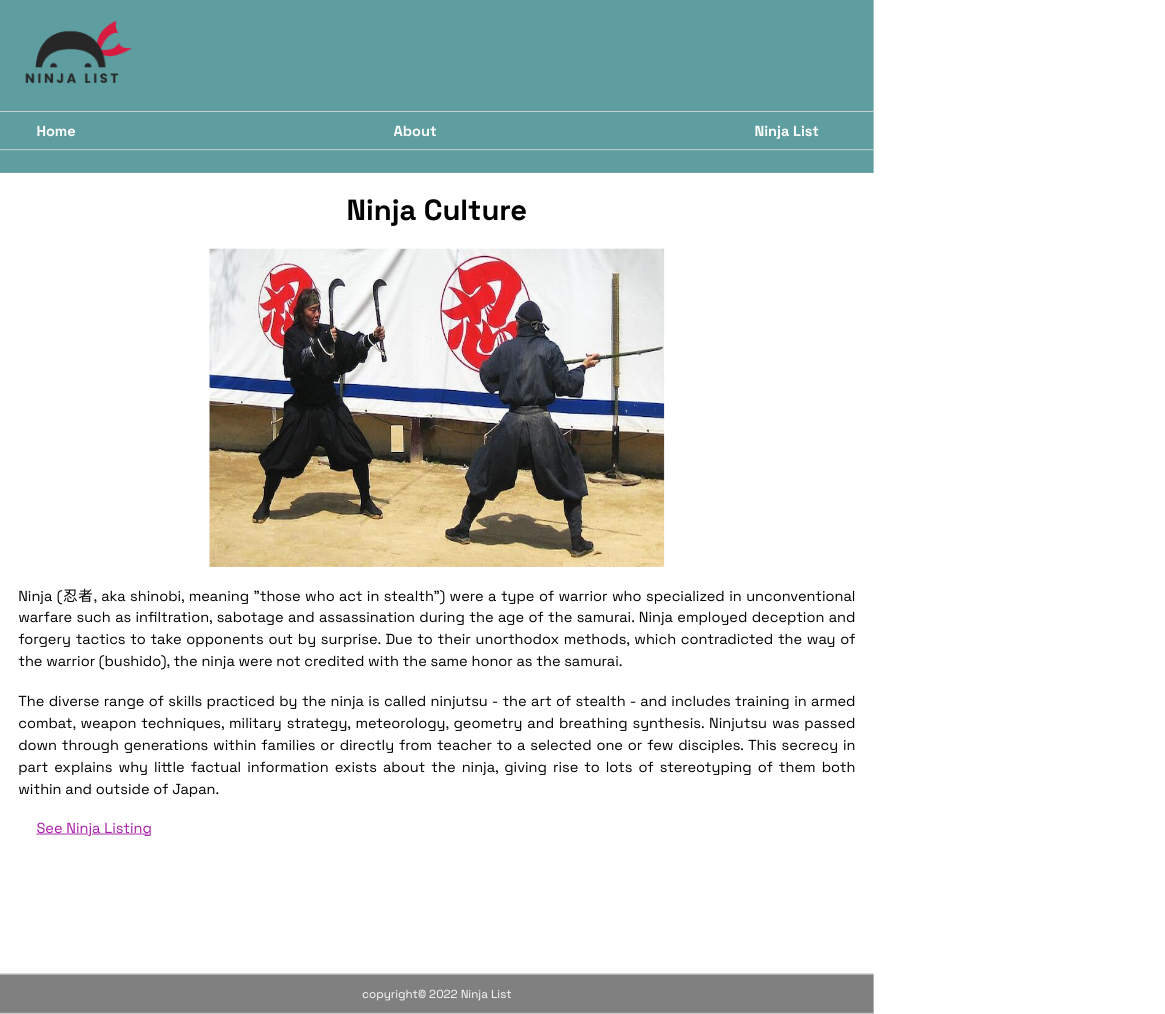
Repository: SaadYasin/ninja-list-next-training
Page: /
The author's editor kept a copy of each file at every save. The page is drawn from the files as they stood at one save, then again after the next save.
The browser window is 1280 px wide. The pictures show the whole page, at 91% of full size.
The project was rebuilt for these pictures with package versions that can differ from the ones it lists, and the page was loaded fresh each time. The framework's server and built-in components were replaced by stand-ins that run in the browser. Also part of the build but not shown: next.config.js.

Above is the page before, as saved 2022-10-15 23:35:00.

After the next save:
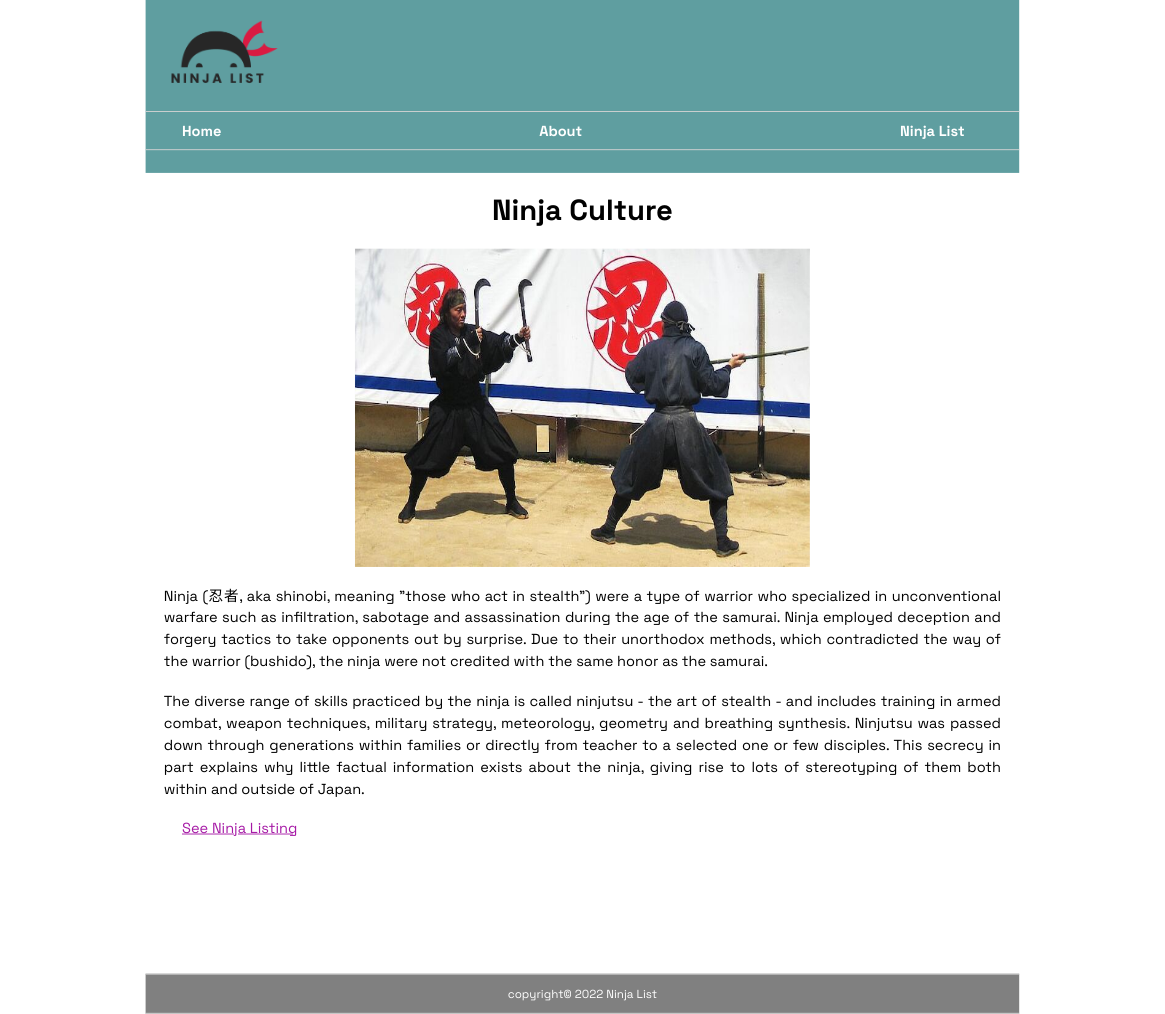
Saved 4 s later.
--- a/styles/globals.css
+++ b/styles/globals.css
@@ -13,7 +13,7 @@ body {
 
 .container {
   max-width: 960px;
-  margin: ;
+  margin: 0 auto;
 
 }
 
